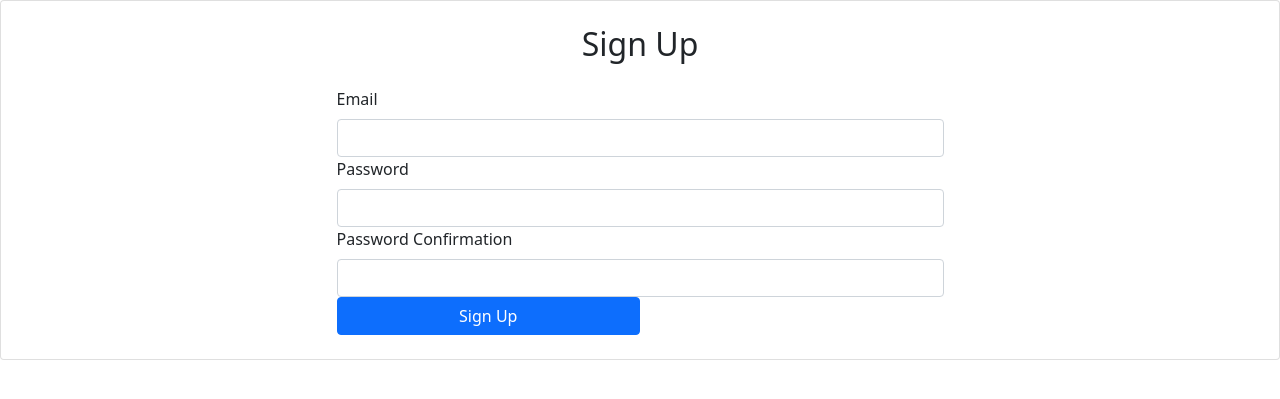
Repository: carinvid/reach-eshop
Page: /signup
These files come from the project's save history. The page is drawn as it stood at one moment and after the next save; the edit follows.
The browser window is 1280 px wide. The pictures show the whole page.
The page's requests for data from a server got no answer. The project was rebuilt for these pictures with package versions that can differ from the ones it lists, and the page was loaded fresh each time. No one was signed in, and anything a server would have sent is missing. Also part of the build but not shown: src/Header.css, src/Header.js, src/Home.css, src/Product.css, src/Product.js, src/Home.js, src/Checkout.css, src/CheckoutProduct.css and 7 more.

Above is the page before, as saved 2022-04-06 15:34:19.

### public/index.html
<!DOCTYPE html>
<html lang="en">
  <head>
    <meta charset="utf-8" />

    <meta name="viewport" content="width=device-width, initial-scale=1" />
    <meta name="theme-color" content="#000000" />

    <title>React App</title>
  </head>
  <body>

    <div id="root"></div>

  </body>
</html>

### src/index.js
import React from 'react';
import ReactDOM from 'react-dom';
import './index.css';
import App from './App';
import reducer, { initialState} from './reducer';
import { StateProvider } from './StateProvider';
import "bootstrap/dist/css/bootstrap.min.css"

ReactDOM.render(
  <React.StrictMode>
    <StateProvider initialState={initialState} reducer = { reducer }>
    <App />
    </StateProvider>
  </React.StrictMode>,
  document.getElementById('root')
);

### src/index.css
body {
  margin: 0;
  background-color: rgba(234, 237,237);
  font-family: -apple-system, BlinkMacSystemFont, 'Segoe UI', 'Roboto', 'Oxygen',
    'Ubuntu', 'Cantarell', 'Fira Sans', 'Droid Sans', 'Helvetica Neue',
    sans-serif;
  -webkit-font-smoothing: antialiased;
  -moz-osx-font-smoothing: grayscale;
}

code {
  font-family: source-code-pro, Menlo, Monaco, Consolas, 'Courier New',
    monospace;
}

### src/App.js

import './App.css';
import Header from "./Header"
import Home from "./Home";
import {BrowserRouter as Router, Route, Switch} from "react-router-dom"
import Checkout from './Checkout';
import Login from './Login';
import Signup from './Signup';

function App() {
  return (
    <div className="App">
      <Router>
        <Switch>
          <Route path="/login">
            <Login />
          </Route>
          <Route path="/signup">
            <Signup />
          </Route>
          <Route path="/checkout">
            <Header />
            <Checkout />
          </Route>
          <Route path="/" >
            <Header />
            <Home />
          </Route>
        </Switch>
      </Router>

    </div>)
}

export default App;

### src/Reducer.js
export const initialState = {
    basket: [],
};

export const getBasketTotal = (basket) => {
    return(basket?.reduce((amount, item) => item.price + amount, 0));
}

const reducer = (state, action) => {
    switch(action.type) {
        case "ADD_TO_BASKET":
            return {
                ...state,
                basket: [...state.basket, action.item],
            }
            case "REMOVE_FROM_BASKET" :
            const index = state.basket.findIndex(
                (basketItem) => basketItem.id === action.id
            );
            let newBasket = [...state.basket];

            if(index >= 0) {
                newBasket.splice(index, 1)
            } else {
                console.warn( `Can't remove product(id: ${action.id}) as it is not in the basket!`)
            }
            return {...state,basket: newBasket}

            default:
            return state;
    }

}

export default reducer;

### src/StateProvider.js
import React, {createContext, useContext, useReducer} from "react";

export const StateContext = createContext();


export const StateProvider = ({ reducer, initialState, children }) => {


    return (
    <StateContext.Provider value={useReducer(reducer, initialState)}>
        {children}
    </StateContext.Provider>
    )
};

export const useStateValue = () => useContext(StateContext);

### src/Signup.js
import React, { useRef } from 'react';
import { Form, Button, Card } from 'react-bootstrap'

export default function Signup() {
    const emailRef = useRef();
    const passwordRef = useRef();
    const passwordConfirmRef = useRef();


  return (
    <>
    <Card className="navbar navbar-expand-lg navbar-light fixed-top">
        <Card.Body className="w-50">
            <h2 className="text-center mb-4">Sign Up</h2>
            <Form >
                    <Form.Group id= 'email'>
                        <Form.Label>Email</Form.Label>
                        <Form.Control type="email" ref={emailRef} required ></Form.Control>
                    </Form.Group>
                    <Form.Group id="password">
                        <Form.Label>Password</Form.Label>
                        <Form.Control type="password" ref={passwordRef} required ></Form.Control>
                    </Form.Group>
                    <Form.Group id="password-confirm">
                        <Form.Label>Password Confirmation</Form.Label>
                        <Form.Control type="password" ref={passwordConfirmRef} required ></Form.Control>
                    </Form.Group>
                    <Button className="w-50" type="submit">Sign Up</Button>
            </Form>
        </Card.Body>
    </Card>
    <div className="w-50 text-center mt-2">
        Already have an account? Log In
    </div>
    </>
  )
}

Loaded but not shown: src/App.css (common file)

After the next save:
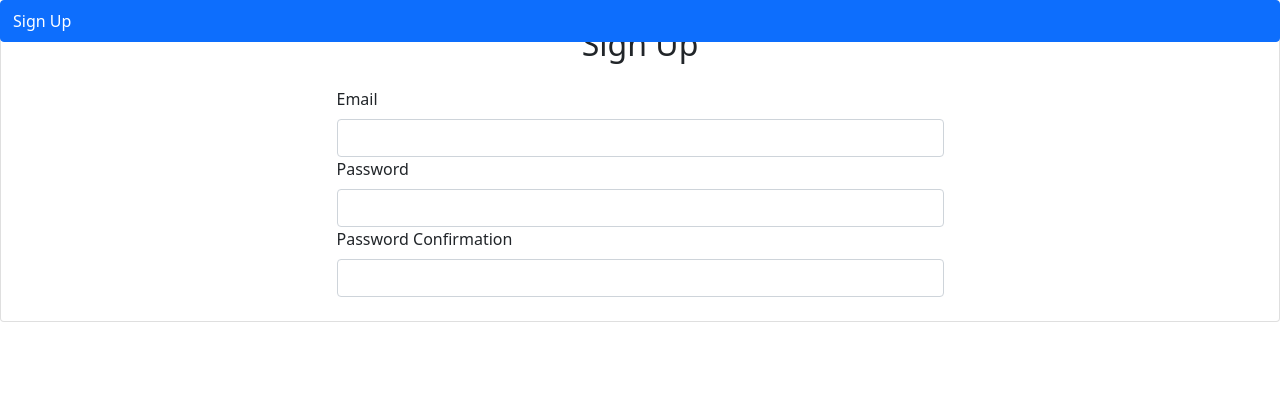
Saved 37 s later.
--- a/src/Signup.js
+++ b/src/Signup.js
@@ -25,7 +25,7 @@
                         <Form.Label>Password Confirmation</Form.Label>
                         <Form.Control type="password" ref={passwordConfirmRef} required ></Form.Control>
                     </Form.Group>
-                    <Button className="w-50" type="submit">Sign Up</Button>
+                    <Button className="navbar navbar-expand-lg navbar-light fixed-top" type="submit">Sign Up</Button>
             </Form>
         </Card.Body>
     </Card>

After the save that followed:
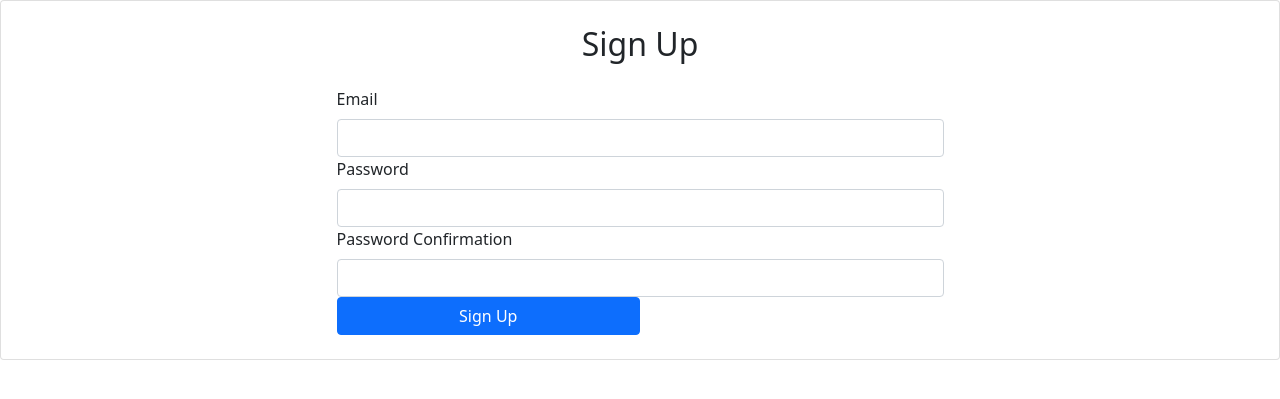
Saved 12 s later.
--- a/src/Signup.js
+++ b/src/Signup.js
@@ -25,7 +25,7 @@
                         <Form.Label>Password Confirmation</Form.Label>
                         <Form.Control type="password" ref={passwordConfirmRef} required ></Form.Control>
                     </Form.Group>
-                    <Button className="navbar navbar-expand-lg navbar-light fixed-top" type="submit">Sign Up</Button>
+                    <Button className="w-50" type="submit">Sign Up</Button>
             </Form>
         </Card.Body>
     </Card>
